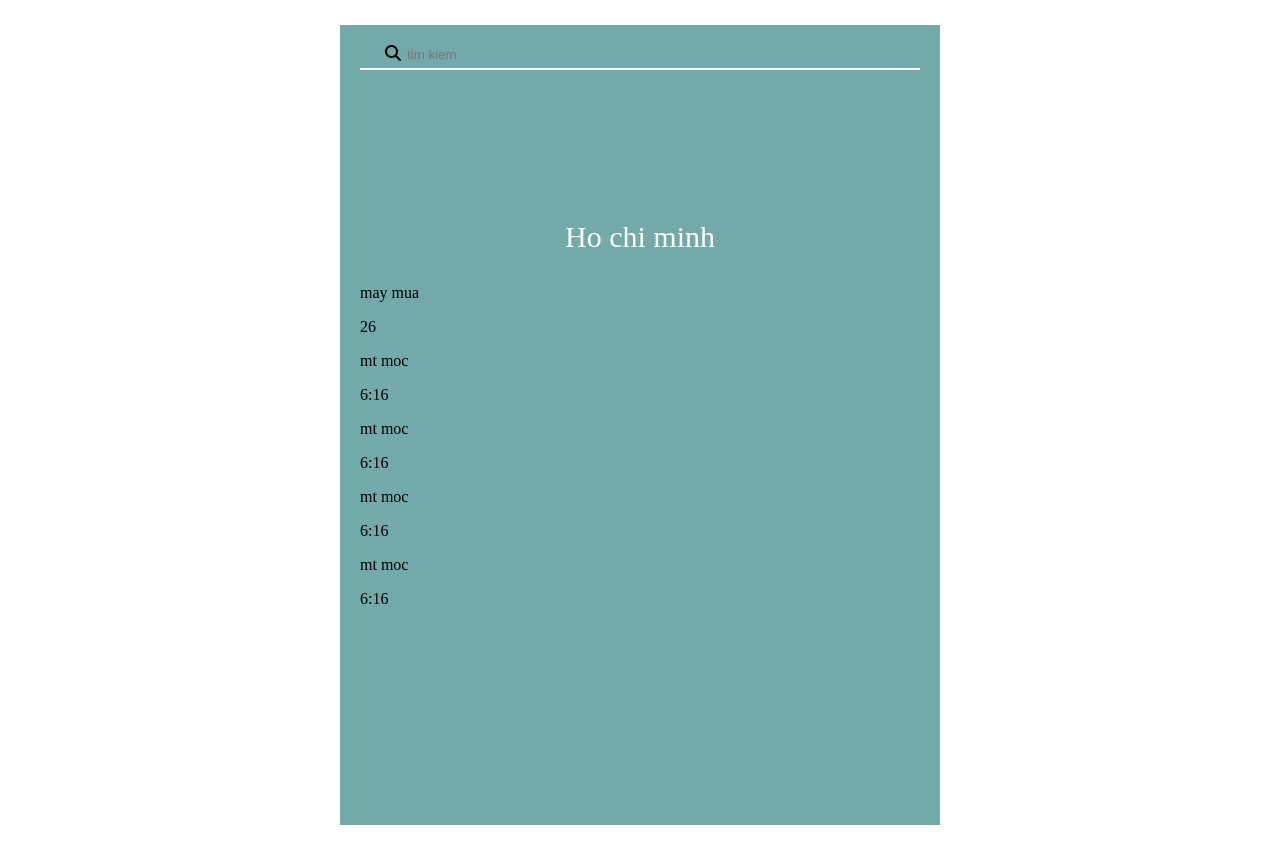
Repository: tienbkvn0605/weatherApp
Page: index.html
These files come from the project's save history. The page is drawn as it stood at one moment and after the next save; the edit follows.
The browser window is 1280 px wide. The pictures show the whole page.

Above is the page before, as saved 2022-10-05 16:47:46.

After the next save:
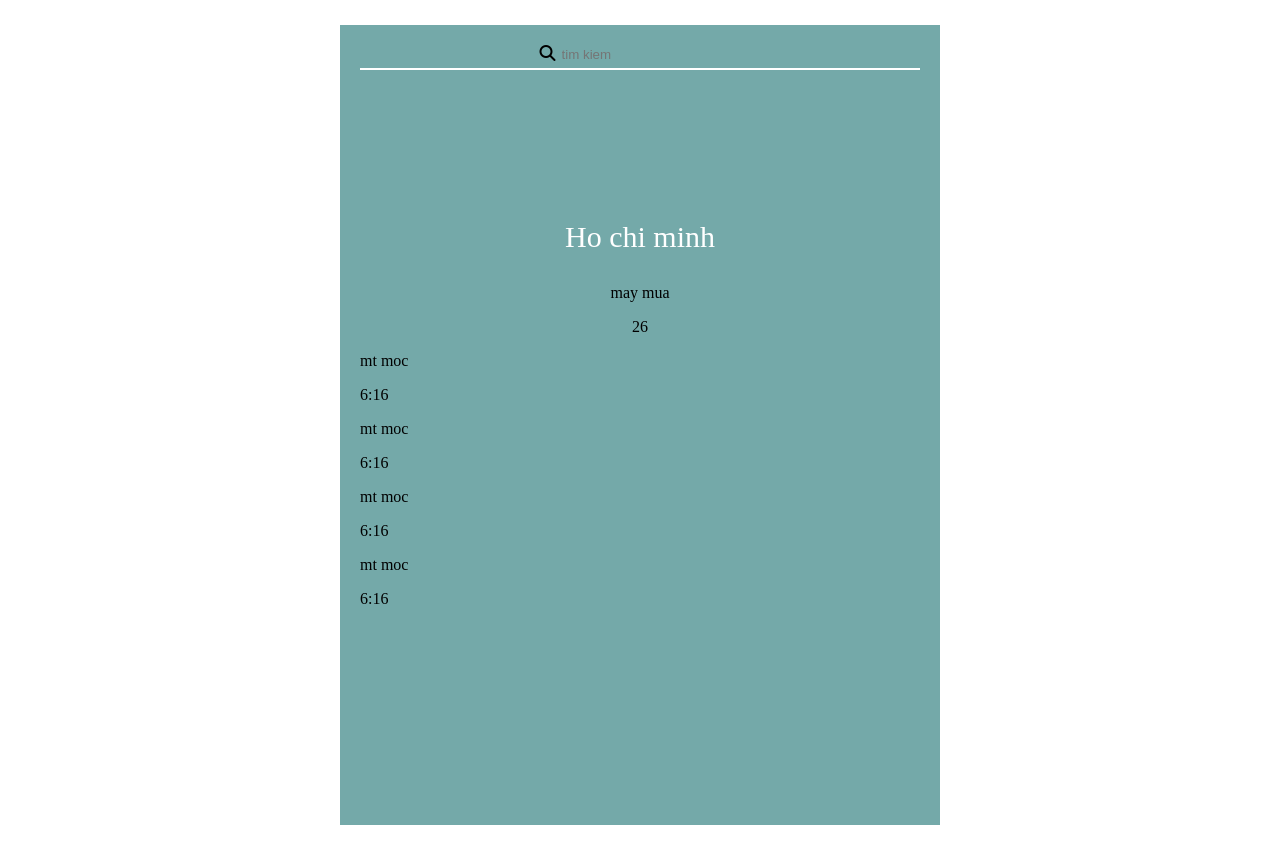
Saved 19 s later.
--- a/appstyle.css
+++ b/appstyle.css
@@ -10,6 +10,9 @@
   background-color: rgb(116, 169, 169);
   margin: 25px auto;
   padding: 20px;
+}
+.main-section {
+  text-align: center;
 }
 .search-bar {
   margin: 0 auto;
